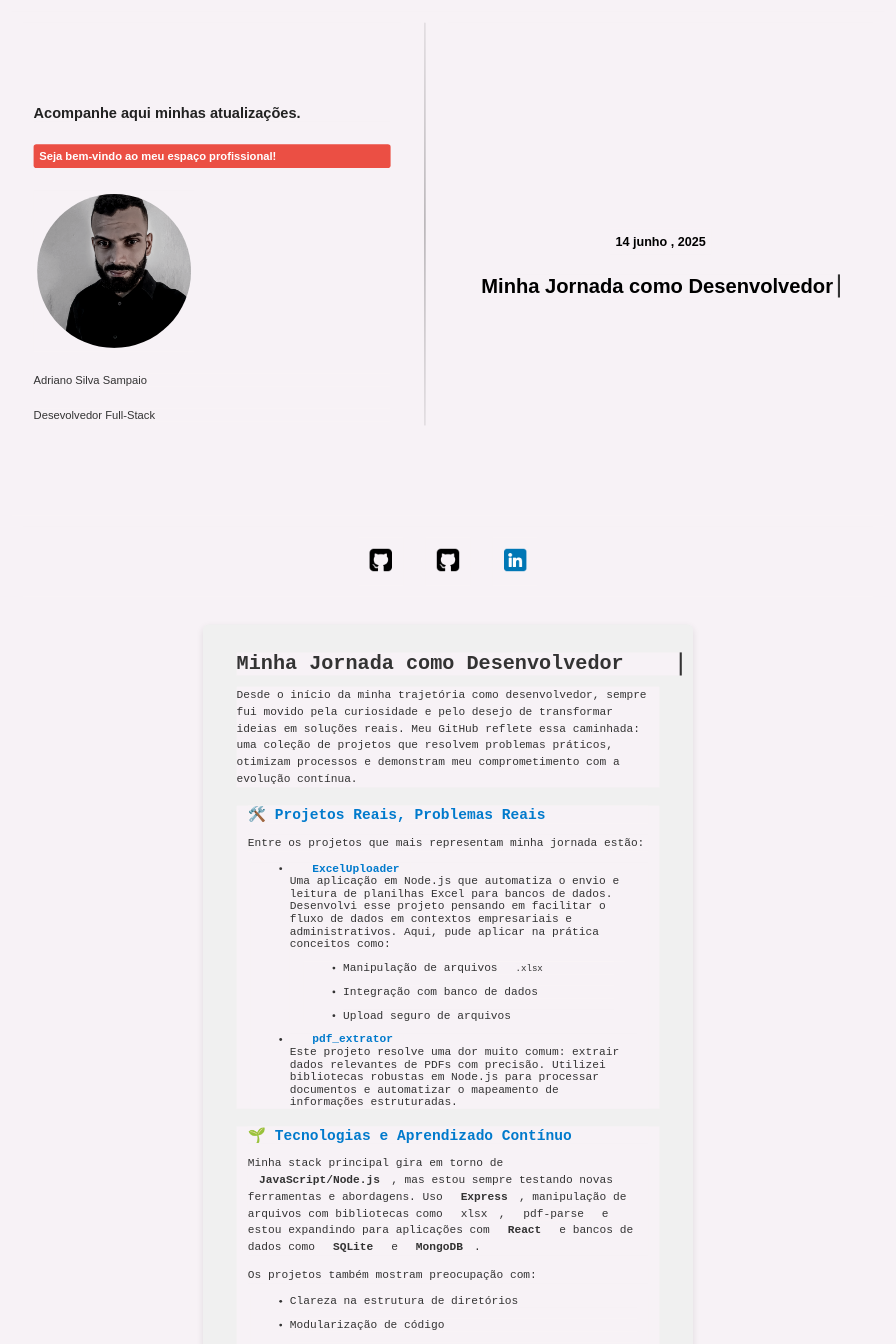
Repository: umdevadriano/portifolio2025
Page: /
The author's editor kept a copy of each file at every save. The page is drawn from the files as they stood at one save, then again after the next save.
The browser window is 1280 px wide. The pictures show the part of the page from y = 0 to 1920 px (the page is 2803 px tall), at 70% of full size.
The project was rebuilt for these pictures with package versions that can differ from the ones it lists, and the page was loaded fresh each time. Also part of the build but not shown: vite.config.ts.

Above is the page before, as saved 2025-06-22 20:32:55.

After the next save:
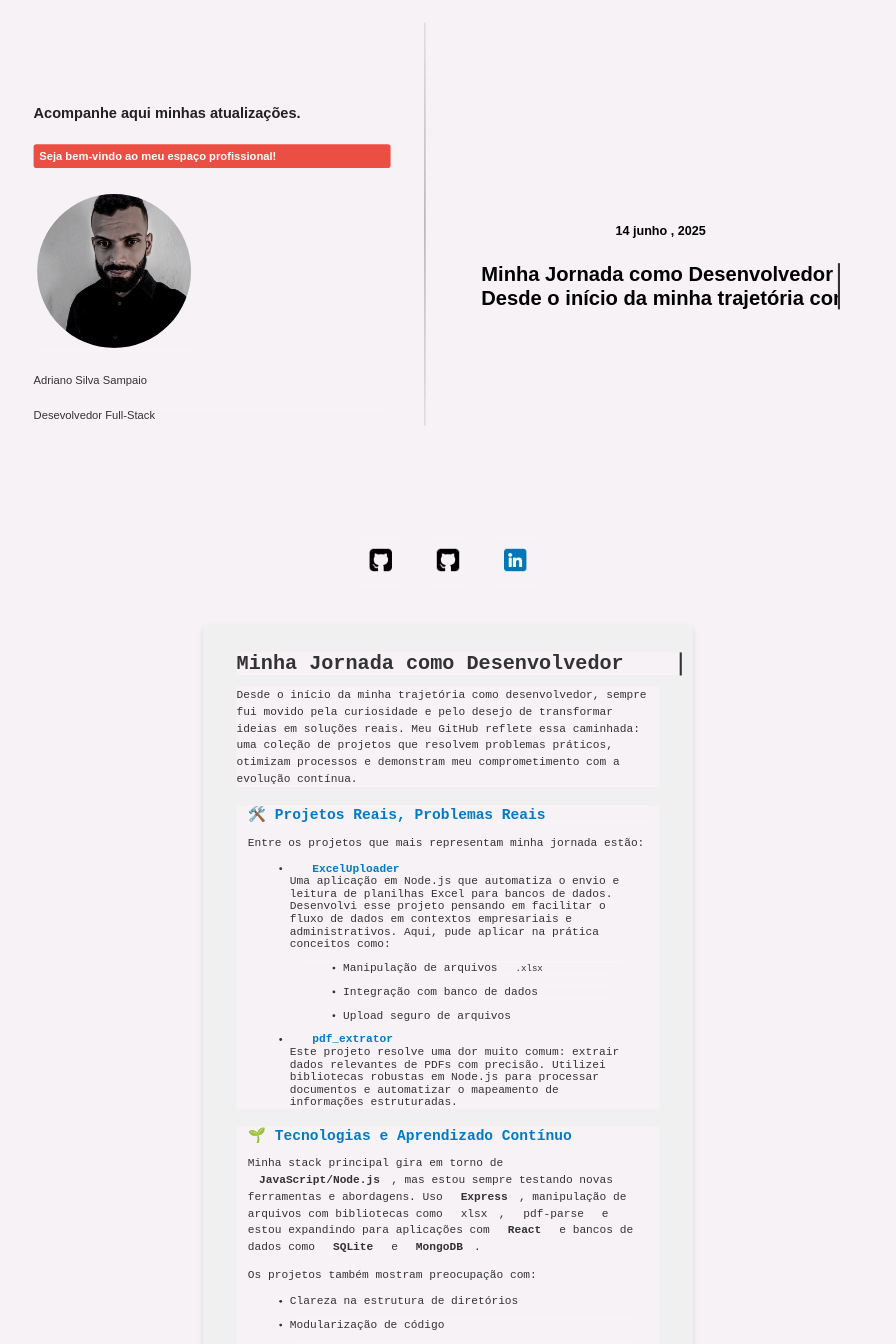
Saved 28 s later.
--- a/src/componentes/EmDesenvolvimentoWrapper/EmDesenvolvimentoWrapper .tsx
+++ b/src/componentes/EmDesenvolvimentoWrapper/EmDesenvolvimentoWrapper .tsx
@@ -28,7 +28,8 @@ const Title = styled.h1`
 
 function EmDesenvolvimento() {
 
-  return <Title>Minha Jornada como Desenvolvedor <br></br></Title>;
+  return <Title>Minha Jornada como Desenvolvedor  <br/>Desde o início da minha trajetória como desenvolvedor, sempre fui movido pela curiosidade e pelo desejo de transformar ideias em soluções reais. Meu GitHub reflete essa caminhada: uma coleção de projetos que resolvem problemas práticos, otimizam processos e demonstram meu comprometimento com a evolução contínua.
+  </Title>;
 }
 
 export default EmDesenvolvimento;
